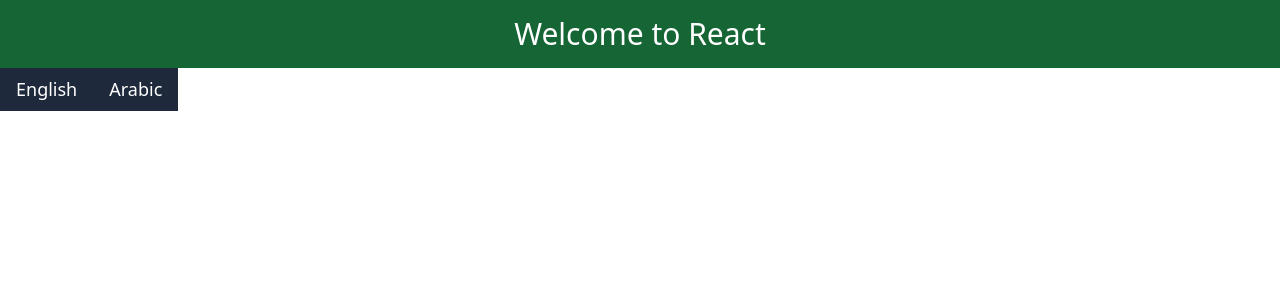
Repository: SaadYasin/react-internationalization
Page: /
These files come from the project's save history. The page is drawn as it stood at one moment and after a run of saves; the edit follows.
The browser window is 1280 px wide. The pictures show the whole page.
The project was rebuilt for these pictures with package versions that can differ from the ones it lists, and the page was loaded fresh each time. Also part of the build but not shown: vite.config.js.

Above is the page before, as saved 2024-07-18 21:33:39.

### index.html
<!doctype html>
<html lang="en">
  <head>
    <meta charset="UTF-8" />
    <link rel="icon" type="image/svg+xml" href="/vite.svg" />
    <meta name="viewport" content="width=device-width, initial-scale=1.0" />
    <title>Vite + React</title>

    <!-- FONTS -->
    <link rel="preconnect" href="https://fonts.googleapis.com">
    <link rel="preconnect" href="https://fonts.gstatic.com" crossorigin>
    <link
      href="https://fonts.googleapis.com/css2?family=Jost:ital,wght@0,100..900;1,100..900&family=Poppins:ital,wght@0,100;0,200;0,300;0,400;0,500;0,600;0,700;0,800;0,900;1,100;1,200;1,300;1,400;1,500;1,600;1,700;1,800;1,900&display=swap"
      rel="stylesheet">

  </head>
  <body>
    <div id="root"></div>
    <script type="module" src="/src/main.jsx"></script>
  </body>
</html>

### src/App.jsx
/* eslint-disable no-unused-vars */
import React from "react";
import i18next from '../src/utils/i18next';
import { useTranslation } from 'react-i18next'
function App() {
  const { t } = useTranslation();

  return (
    <>
      <div>
        <h2 className="text-3xl text-center text-white p-4 bg-green-800">{t("Welcome to React")}</h2>

        <div className="flex justify-center">

        </div>
        <button className="text-[18px] bg-slate-800 text-white px-4 py-2">English</button>
        <button className="text-[18px] bg-slate-800 text-white px-4 py-2">Arabic</button>

      </div>
    </>
  )
}

export default App;

### src/index.css
@import url('https://fonts.googleapis.com/css2?family=Jost:ital,wght@0,100..900;1,100..900&family=Poppins:ital,wght@0,100;0,200;0,300;0,400;0,500;0,600;0,700;0,800;0,900;1,100;1,200;1,300;1,400;1,500;1,600;1,700;1,800;1,900&display=swap');

@tailwind base;
@tailwind components;
@tailwind utilities;

### src/utils/i18next.js
import i18n from "i18next";
import { initReactI18next } from "react-i18next";

import languageDetector from "i18next-browser-languagedetector";
import HttpApi from "i18next-http-backend";

i18n
  .use(initReactI18next)
  .use(languageDetector)
  .use(HttpApi)
  .init({
    fallbackLng: "en",
    detection: {
      order: [
        "htmlTag",
        "cookie",
        "localStorage",
        "sessionStorage",
        "navigator",
        "path",
        "subdomain",
      ],
      caches: ["localStorage"],
    },
    backend: {
      loadPath: "/locale/{{lng}}/translation.json",
    },
  });

export default i18n;

### tailwind.config.js
/** @type {import('tailwindcss').Config} */
export default {
  content: ["./index.html", "./src/**/*.{js,ts,jsx,tsx}"],
  theme: {
    fontFamily: {
      primary: ["Poppins", "sans-serif"],
      secondary: ["Jost", "sans-serif"],
    },
    extend: {},
  },
  plugins: [],
};

Loaded but not shown: src/main.jsx (common file)

After the next 2 saves:
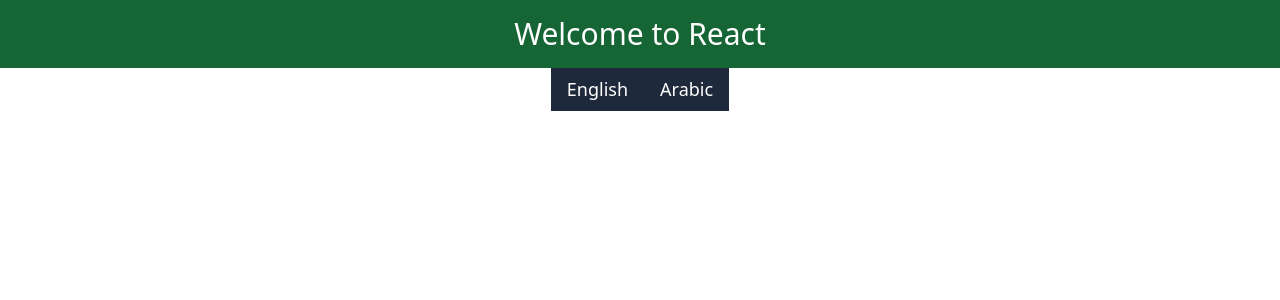
The 2 saves are shown as one change because they came seconds apart.
The last was saved 11 s later.
--- a/src/App.jsx
+++ b/src/App.jsx
@@ -11,10 +11,10 @@
         <h2 className="text-3xl text-center text-white p-4 bg-green-800">{t("Welcome to React")}</h2>
 
         <div className="flex justify-center">
+        <button className="text-[18px] bg-slate-800 text-white px-4 py-2">English</button>
+        <button className="text-[18px] bg-slate-800 text-white px-4 py-2">Arabic</button>
 
         </div>
-        <button className="text-[18px] bg-slate-800 text-white px-4 py-2">English</button>
-        <button className="text-[18px] bg-slate-800 text-white px-4 py-2">Arabic</button>
 
       </div>
     </>
